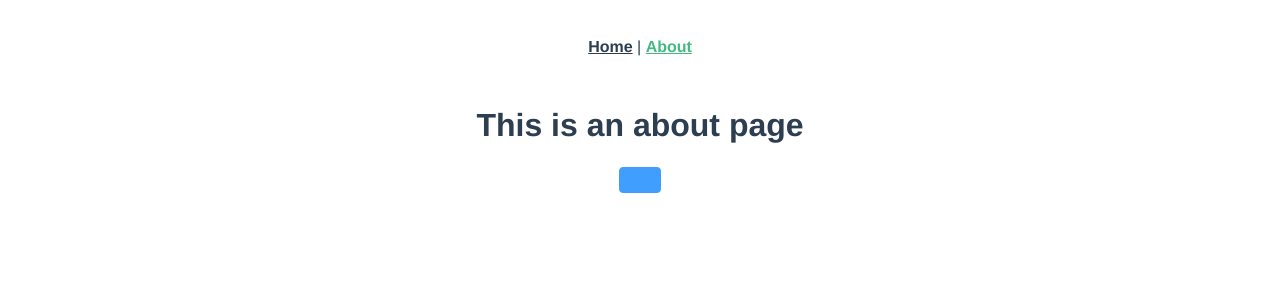
Repository: zhanglei11/vue2-demo
Page: /#/about
The author's editor kept a copy of each file at every save. The page is drawn from the files as they stood at one save, then again after a run of saves.
The browser window is 1280 px wide. The pictures show the whole page.
The project was rebuilt for these pictures with package versions that can differ from the ones it lists, and the page was loaded fresh each time. Also part of the build but not shown: vue.config.js, src/components/HelloWorld.vue, src/views/Home.vue.

Above is the page before, as saved 2021-04-26 15:58:02.

After the next 3 saves:
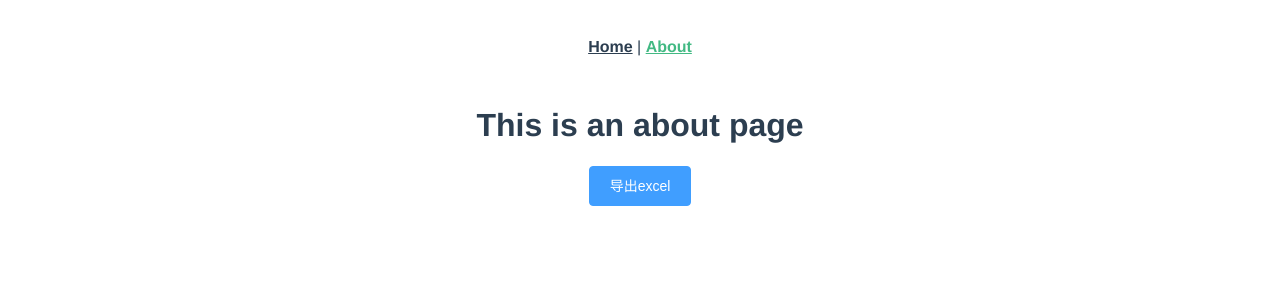
The 3 saves are shown as one change because they came seconds apart.
The last was saved 8 s later.
--- a/src/views/About.vue
+++ b/src/views/About.vue
@@ -1,6 +1,6 @@
 <template>
   <div class="about">
     <h1>This is an about page</h1>
-    <el-button type="primary"></el-button>
+    <el-button type="primary">导出excel</el-button>
   </div>
 </template>
